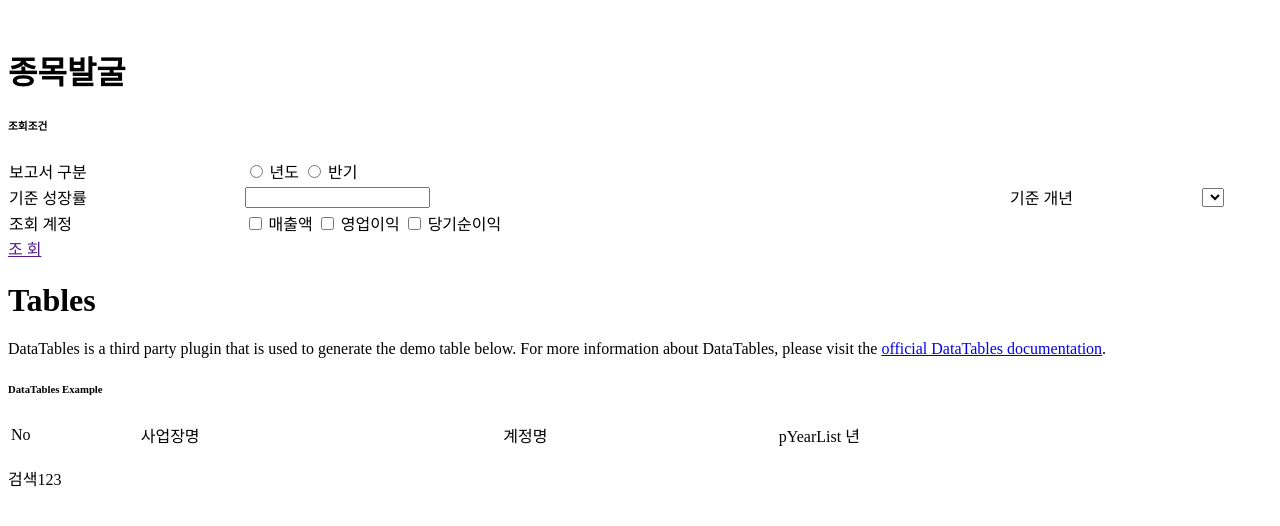
Repository: bangProgram/PJT_Finance
Page: http://localhost/Finance/WEB-INF/views/report/reportList.jsp
An editor plug-in stored every save of this project. The page is shown before and after the next save, followed by the edit.
The browser window is 1280 px wide. The pictures show the whole page.
The page is served by Tomcat 9. Nobody is signed in. The template is opened directly, without the code that normally fills it, so the values that code supplies are empty.

Above is the page before, as saved 2022-10-26 01:36:33.
Console error: TypeError: pYearList.length is not a function

After the next save:
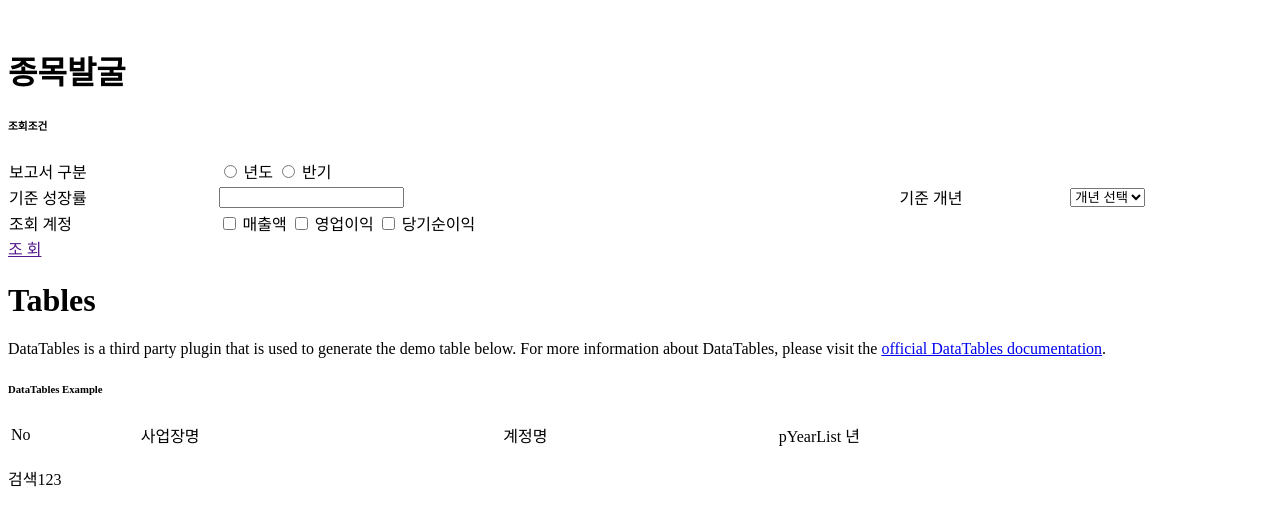
The error is gone.
Saved 96 s later.
--- a/Finance/src/main/webapp/WEB-INF/views/report/reportList.jsp
+++ b/Finance/src/main/webapp/WEB-INF/views/report/reportList.jsp
@@ -15,7 +15,7 @@
 
 		var html = '<option value = "">개년 선택</option>'
 		var chkYearList = ''
-		for(var i=0; i<pYearList.length(); i++){
+		for(var i=0; i<pYearList.length; i++){
 			if(i==1){
 				html += '<option value="'+chkYearList+'">'+ pYearList[i] +' </option>'
 			}else{
